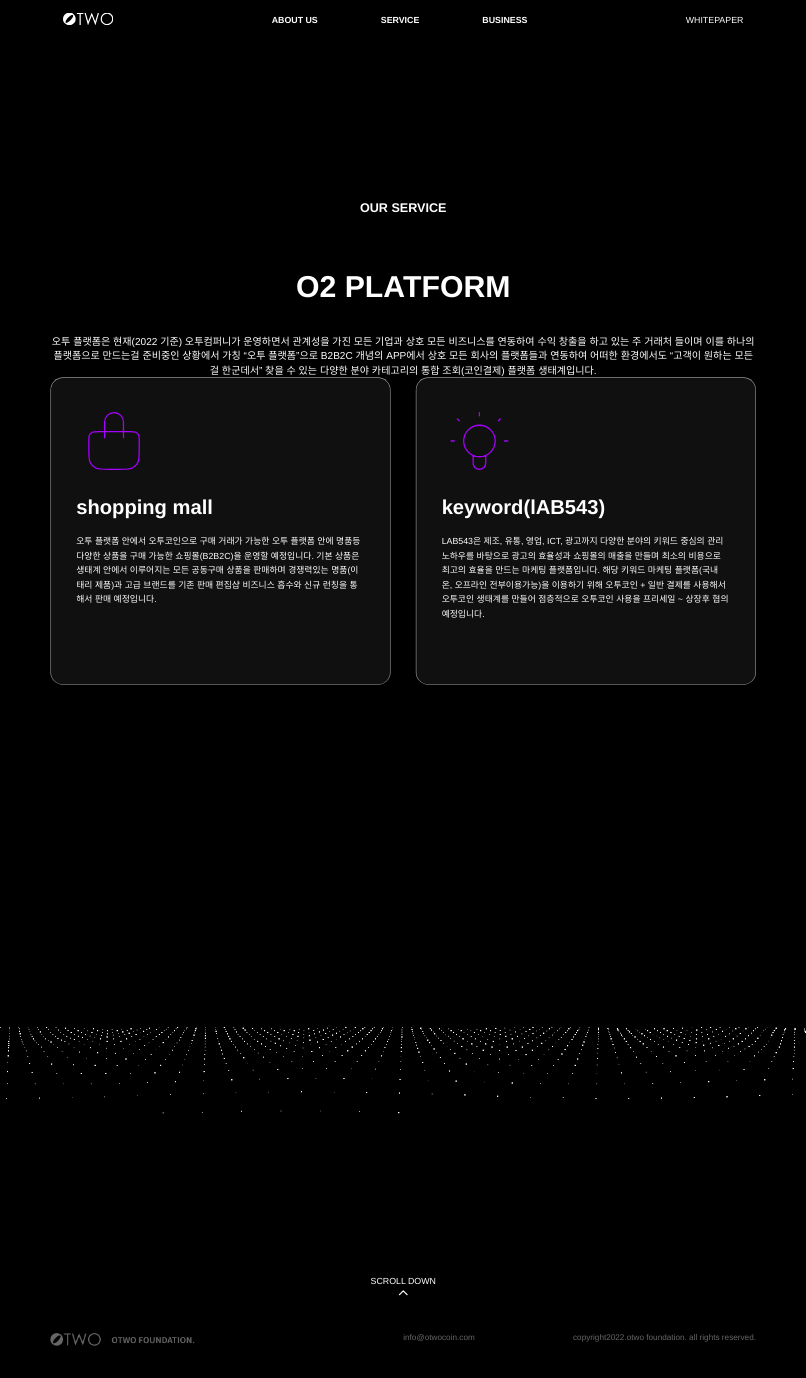
Repository: songhun115/Otwo
Page: service.html
An editor plug-in stored every save of this project. The page is shown before and after the next save, followed by the edit.
The browser window is 1280 px wide. The pictures show the whole page, at 63% of full size.

Above is the page before, as saved 2022-11-18 11:37:30.
Not found: js/three.js

### service.html
<!DOCTYPE html>
<html lang="en">

<head>
    <meta charset="UTF-8">
    <meta http-equiv="X-UA-Compatible" content="IE=edge">
    <meta name="viewport" content="width=device-width, initial-scale=1.0">
    <link rel="stylesheet" href="css/reset.css">
    <link rel="stylesheet" href="css/content.css">
    <link rel="preconnect" href="https://fonts.googleapis.com">
    <link rel="preconnect" href="https://fonts.gstatic.com" crossorigin>
    <link href="https://fonts.googleapis.com/css2?family=Noto+Sans+KR:wght@300;400;500;700;900&display=swap"
        rel="stylesheet">
    <link rel="stylesheet" href="https://cdn.jsdelivr.net/npm/swiper/swiper-bundle.min.css" />
    <script src="https://cdnjs.cloudflare.com/ajax/libs/jquery/3.6.1/jquery.min.js"
        integrity="sha512-aVKKRRi/Q/YV+4mjoKBsE4x3H+BkegoM/em46NNlCqNTmUYADjBbeNefNxYV7giUp0VxICtqdrbqU7iVaeZNXA=="
        crossorigin="anonymous" referrerpolicy="no-referrer"></script>
    <script src="js/index.js"></script>
    <script src="js/three.js"></script>
    <script src="js/three.min.js"></script>
    <title>about</title>
</head>

<body>
    <div class="contaeiner">
        <header class="header">
            <nav class="nav-bar">
                <div class="logo">
                    <img src="img/logo-white.svg" alt="">
                </div>
                <ul class="nav-list">
                    <li class="nav-item">ABOUT US</li>
                    <li class="nav-item">SERVICE</li>
                    <li class="nav-item">BUSINESS</li>
                </ul>
                <div class="white-paper">
                    WHITEPAPER
                </div>
            </nav>
        </header>
        <section class="section overview">
            <h3>OUR SERVICE</h3>
            <h1>O2 PLATFORM</h1>
            <p>오투 플랫폼은 현재(2022 기준) 오투컴퍼니가 운영하면서 관계성을 가진 모든 기업과 상호 모든 비즈니스를 연동하여 수익 창출을 하고 있는
                주 거래처 들이며 이를 하나의 플랫폼으로 만드는걸 준비중인 상황에서 가칭 “오투 플랫폼”으로 B2B2C 개념의 APP에서 상호 모든 회사의 플랫폼들과 연동하여 어떠한 환경에서도 “고객이 원하는 모든걸 한군데서” 찾을 수 있는 다양한 분야 카테고리의 통합 조회(코인결제) 플랫폼 생태계입니다.</p>

        </section>
     <section class="service-platform-list">
        <ul class="platform-list">
            <li class="platform-item">
                <div class="platform-img">
                    <img src="img/shoping.svg" alt="">
                </div>
                <div class="platform-category">shopping mall</div>
                <div class="platform-con">오투 플랫폼 안에서 오투코인으로 구매 거래가 가능한 오투 플랫폼 안에 명품등 다양한 상품을 구매 가능한 쇼핑몰(B2B2C)을 운영할 예정입니다.
                    기본 상품은 생태계 안에서 이루어지는 모든 공동구매 상품을 판매하며 경쟁력있는 명품(이태리 제품)과 고급 브랜드를 기존 판매 편집샵 비즈니스 흡수와 신규 런칭을 통해서 판매 예정입니다. </div>
            </li>
            <li class="platform-item">
                <div class="platform-img">
                    <img src="img/keywrod.svg" alt="">
                </div>
                <div class="platform-category">keyword(lAB543)</div>
                <div class="platform-con">LAB543은 제조, 유통, 영업, ICT, 광고까지 다양한 분야의 키워드 중심의 관리 노하우를 바탕으로 광고의 효율성과 쇼핑몰의 매출을 만들며 최소의 비용으로 최고의 효율을 만드는 마케팅 플랫폼입니다.
                    해당 키워드 마케팅 플랫폼(국내 온, 오프라인 전부이용가능)을 이용하기 위해 오투코인 + 일반 결제를 사용해서 오투코인 생태계를 만들어 점층적으로 오투코인 사용을 프리세일 ~ 상장후 협의 예정입니다. </div>
            </li>
        </ul>
     </section>

    </div>


    <div class="contaeiner-two">


        </div>
        <div id="canvas">
            <div class="scroll-up ">
                <p>SCROLL DOWN</p>
                <img src="img/chevron-up.svg" alt="">
            </div>

        </div>
        <script>
            window.addEventListener("DOMContentLoaded", () => {
            const w = window.innerWidth;
            const h = window.innerHeight / 2;
            const dpr = window.devicePixelRatio;

            const fov = 60;
            const fovRad = (fov / 2) * (Math.PI / 180);
            const dist = h / 2 / Math.tan(fovRad);

            const clock = new THREE.Clock();
            const particles = 5000;
            const pointSize = 2.5;

            const renderer = new THREE.WebGLRenderer();
            renderer.setSize(w, h);
            renderer.setClearColor(new THREE.Color(0x000000), 1.0);
            renderer.setPixelRatio(dpr);

            const container = document.getElementById("canvas");
            container.appendChild(renderer.domElement);

            const camera = new THREE.PerspectiveCamera(fov, w / h, 1, dist * 2);
            camera.position.x = 0;
            camera.position.y = 0;
            camera.position.z = 10;

            const scene = new THREE.Scene();

            const geo = new THREE.BufferGeometry();
            let positions = [];
            let x, y, z;

            const width = 400 * (w / h);

            const depth = 400;
            const distance = 10;

            for (let x = 0; x < width; x += distance) {
              for (let z = 0; z < depth; z += distance) {
                positions.push(-width / 2 + x, -30, -depth / 2 + z);
              }
            }
            let positionAttribute = new THREE.Float32BufferAttribute(positions, 3);
            geo.addAttribute("position", positionAttribute);

            const mat = new THREE.ShaderMaterial({
              uniforms: {
                u_time: {
                  value: 0.0
                }
              },
              vertexShader: `
              #define M_PI 3.1415926535897932384626433832795

              precision mediump float;
              uniform float u_time;
              void main() {
                vec3 p = position;
                p.y += (
                  cos(p.x / M_PI * 8.0 + u_time * 2.0) +
                  sin(p.z / M_PI * 8.0 + u_time * 2.0)
                );
                gl_PointSize = 1.5;
                gl_Position = projectionMatrix * modelViewMatrix * vec4(p, 1.0);
              }
              `,
              fragmentShader: `
              precision mediump float;
              void main() {
                gl_FragColor = vec4(1.0, 1.0, 1.0, 1.0);
              }
              `
            });

            const mesh = new THREE.Points(geo, mat);
            scene.add(mesh);

            render();

            function render() {
              const time = clock.getElapsedTime();
              mesh.material.uniforms.u_time.value = time;
              renderer.render(scene, camera);
              requestAnimationFrame(render);
            }
          });
          </script>
          <footer class="footer">
            <div class="footer-left">
                <img src="img/footer-left.png" alt="">
            </div>
            <div class="footer-right">
                <p>info@otwocoin.com</p>
                <p>copyright2022.otwo foundation. all rights reserved.</p>
            </div>
        </footer>
</body>

</html>

### css/reset.css
html, body, div, span, applet, object, iframe,
h1, h2, h3, h4, h5, h6, p, blockquote, pre,
a, abbr, acronym, address, big, cite, code,
del, dfn, em, img, ins, kbd, q, s, samp,
small, strike, strong, sub, sup, tt, var,
b, u, i, center,
dl, dt, dd, ol, ul, li,
fieldset, form, label, legend,
table, caption, tbody, tfoot, thead, tr, th, td,
article, aside, canvas, details, embed,
figure, figcaption, footer, header, hgroup,
menu, nav, output, ruby, section, summary,
time, mark, audio, video {
	margin: 0;
	padding: 0;
	border: 0;
	font-size: 100%;
	font: inherit;
	vertical-align: baseline;

}
/* HTML5 display-role reset for older browsers */
article, aside, details, figcaption, figure,
footer, header, hgroup, menu, nav, section {
	display: block;
}
body {
	line-height: 1;
  overflow-x: hidden;
  overflow-y: scroll;
}
ol, ul {
	list-style: none;
}
blockquote, q {
	quotes: none;
}
blockquote:before, blockquote:after,
q:before, q:after {
	content: '';
	content: none;
}
table {
	border-collapse: collapse;
	border-spacing: 0;
}
a,span{display: inline-block;}
body{font-family: 'Noto Sans KR', sans-serif; color: #fff;}
section h1 {font-size: 48px; line-height: 70px; color:#fff; font-weight: 700;}
section p {line-height: 23px; font-weight: 400; font-size: 16px;}
h2{font-size: 32px; font-weight: 700; line-height: 46px;}


html,
body {
  position: relative;
  height: 100%;
}

body {
  background: #eee;
  font-family: Helvetica Neue, Helvetica, Arial, sans-serif;
  font-size: 14px;
  color: #000;
  margin: 0;
  padding: 0;
}

.swiper {
  width: 100%;
  height: 100%;
}

.swiper-slide {
  text-align: center;
  font-size: 18px;


  /* Center slide text vertically */
  display: -webkit-box;
  display: -ms-flexbox;
  display: -webkit-flex;
  display: flex;
  -webkit-box-pack: center;
  -ms-flex-pack: center;
  -webkit-justify-content: center;
  justify-content: center;
  -webkit-box-align: center;
  -ms-flex-align: center;
  -webkit-align-items: center;
  align-items: center;
}

.swiper-slide img {
  display: block;
  width: 100%;
  height: 100%;
  object-fit: cover;
}
.service-swiper{ overflow: inherit !important; max-width: 1120px !important;}

### css/content.css
.intro{height: 100vh;}
canvas{    position: absolute; left: 0; top: 0; z-index: -1;}
.contaeiner{max-width: 1120px; margin: 0 auto;}
.contaeiner-two{max-width: 1120px; margin: 0 auto;}
body{background-color: #000; color: #fff;}
/*! 헤더  */
.header{position: absolute; left: 50%; top: 0; transform: translateX(-50%); width: 100%; max-width: 1120px; margin: 0 auto;  z-index: 11;}
.nav-bar{display: flex; justify-content: space-between; align-items: center; padding: 20px;}
.nav-list{display: flex; align-items: center;}
.nav-item{padding:0 50px; font-weight: 700;font-size: 14px;line-height: 20px; cursor: pointer;}
/*!메인페이지   */
.intro{position: relative;}
.intro-box{display: flex; flex-direction: column; align-items: center; justify-content: center; text-align: center; width: 100%;height: 100%;}
.pur-button{border: 1px solid #A600FF;border-radius: 50px; display: flex;flex-direction: row;justify-content: center;align-items: center;gap: 10px; transition: 0.3s; width: 216px;height: 45px; cursor: pointer;}
.pur-button:hover{background-color: #A600FF; }
.pur-button:hover > button{color:#D9D9D9;}
.intro-box > p{padding: 40px 0 80px 0;}
.pur-button button{border: none;outline: none; color:#A600FF; background-color: transparent; font-weight: 700; font-size: 17px; line-height: 25px;}
.scroll-down{position: absolute; bottom: 50px; left: 50%; transform: translateX(-50%);}
.scroll-down > p {font-weight: 300; padding-bottom:7px; color: #fff; color: pu;}


/*! 메인 service */
.service{padding-top: 320px;}
.service-content{display: flex; justify-content: space-between; align-items: center;}
.service-left.service-right{width: 50%;}
.service-left > p,.business-box-left p{padding-top: 40px; font-size: 16px;}
.service-category-box{display: flex; flex-direction: column; justify-content: start; align-items: flex-start; text-align: left; padding-right: 40px; box-sizing: border-box;}
.service-category-box > h4 {font-size: 20px; line-height: 29px; font-weight: 400; margin:40px 0 20px 0;}
.service-category-box > p {font-size: 16px;}

.service-swiper{padding:120px 0 100px 0!important; box-sizing: border-box !important;}
.swiper-button-prev,
.swiper-button-next{top: 90% !important;  }
.swiper-button-prev{left:0 !important;}
.swiper-button-next{left: 64px !important;}
.swiper-button-next:after, .swiper-button-prev:after{content: "" !important;font-family: none !important;width: 20px !important;height: 20px !important;}
.swiper-button-next:after{background-image: url("../img/chevron-right.svg") !important;}
.swiper-button-prev:after{background-image: url("../img/chevron-left.svg") !important;}


  /*!메인 Business */
  .business{padding-top: 370px;}
  .business-box{display: flex; justify-content: space-between; align-items: center;}
  .business-box-left .pur-button{margin-top: 80px;}
  .business-box-left{width: 58%;}
  business-box-right{width: 42%;}
  .scroll-up{position: absolute;bottom: 0;left: 50%;transform: translateX(-50%);text-align: center;}
  #canvas{position: relative; height: 100%; max-height: 659px;}
  /* #canvas canvas{ height: 1000px !important;} */
  /* #canvas canvas{height: 1000px;} */
  /*! 푸터   */
  .footer{max-width: 1120px; margin: 0 auto; display: flex; justify-content: space-between; padding: 50px 0;}
  footer-left,
  .footer-right{width: 50%;}
  .footer-right{display: flex; justify-content: space-between; opacity: 0.4; font-size: 13px; line-height: 13px;}



  /*! 어바웃 */
  .canvas-one-wrap{position: relative; max-height: 659px; height: 100%;}
  .canvas-one{ top: 50%;left: 50%; transform: translate(-50%, -50%); margin-top: 100px; background-image: url(../img/logo-purple.png);background-repeat: no-repeat;background-position: center}
  .contaeiner-two{padding-top: 320px;}
  .overview{padding-top: 320px; text-align: center; }
  .overview > h3{font-weight: 700; font-size: 20px;}
  .our-values{text-align: center;}
  .our-values > h1{margin:80px 0 40px 0;}
  .overview > h1{margin:80px 0 40px 0}
  .our-values-list{display: flex; justify-content: space-between; padding-top: 120px;}
  .our-values-item{text-align: left;}
  .our-values-category {margin:20px 0 32px 0; font-size: 24px; font-weight: 600;}

  .advisor{padding-top: 480px;}
  .advisor > h2{margin: 80px 0 120px 0;}
  .member-info {padding:40px 40px 60px 40px; box-sizing: border-box;}
  .advisor-member-list{    display: grid;grid-template-columns: repeat(3,1fr);gap: 40px}
  .advisor-member-item{background: #252525; border-radius: 20px; }
  .member-name{font-size: 20px; font-weight: 700;}
  .member-info > div{display: flex; align-items: center; justify-content: space-between; margin-top: 5px;}
  .member-photo img{ width: 100%;}
  .more-button{    max-width: 216px;margin: 120px auto;}
  .advisor-member-item-more{display: none;}
  .advisor-member-item-more.show{display: block;}

  /*!서비스  */
  .platform-list{ display: grid;grid-template-columns: repeat(2,1fr);gap: 40px}
  .platform-item{ background: #101010; border: 0.5px solid rgba(235, 235, 235, 0.6); border-radius: 20px; padding:40px 40px 100px 40px}
  .platform-con{line-height: 23px;}
  .platform-category{font-size: 32px; font-weight: 700; margin:27px 0;}

### js/index.js
$(document).ready(function () {
    $('.more-button').click(function () {
        $('.advisor-member-item-more').addClass('show');
    });
});

### img/shoping.svg
<svg width="120" height="120" viewBox="0 0 120 120" fill="none" xmlns="http://www.w3.org/2000/svg">
<path d="M45 55V30C45 21.7157 51.7157 15 60 15C68.2843 15 75 21.7157 75 30V54.8363M52 105H68C79.2011 105 84.8016 105 89.0798 102.82C92.8431 100.903 95.9027 97.8431 97.8201 94.0798C100 89.8016 100 84.2011 100 73V61C100 55.3995 100 52.5992 98.9101 50.4601C97.9513 48.5785 96.4215 47.0487 94.5399 46.0899C92.4008 45 89.6005 45 84 45H36C30.3995 45 27.5992 45 25.4601 46.0899C23.5785 47.0487 22.0487 48.5785 21.0899 50.4601C20 52.5992 20 55.3995 20 61V73C20 84.201 20 89.8016 22.1799 94.0798C24.0973 97.8431 27.1569 100.903 30.9202 102.82C35.1984 105 40.7989 105 52 105Z" stroke="#A600FF" stroke-width="2" stroke-linecap="round" stroke-linejoin="round"/>
</svg>

Loaded but not shown: js/three.min.js (library)

After the next save:
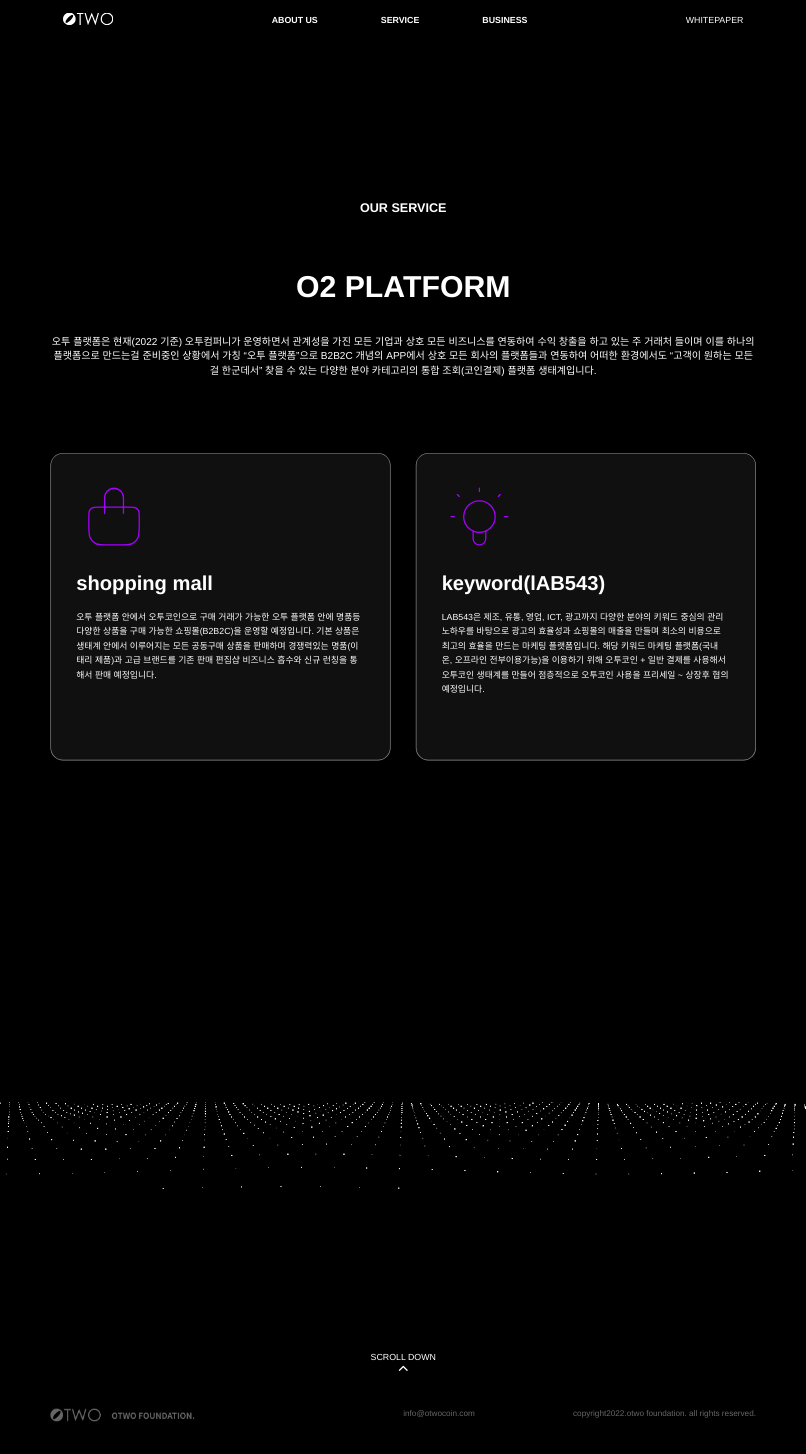
Saved 28 s later.
--- a/css/content.css
+++ b/css/content.css
@@ -83,6 +83,7 @@
   .advisor-member-item-more.show{display: block;}
 
   /*!서비스  */
+  .service-platform-list{padding-top: 120px;}
   .platform-list{ display: grid;grid-template-columns: repeat(2,1fr);gap: 40px}
   .platform-item{ background: #101010; border: 0.5px solid rgba(235, 235, 235, 0.6); border-radius: 20px; padding:40px 40px 100px 40px}
   .platform-con{line-height: 23px;}
